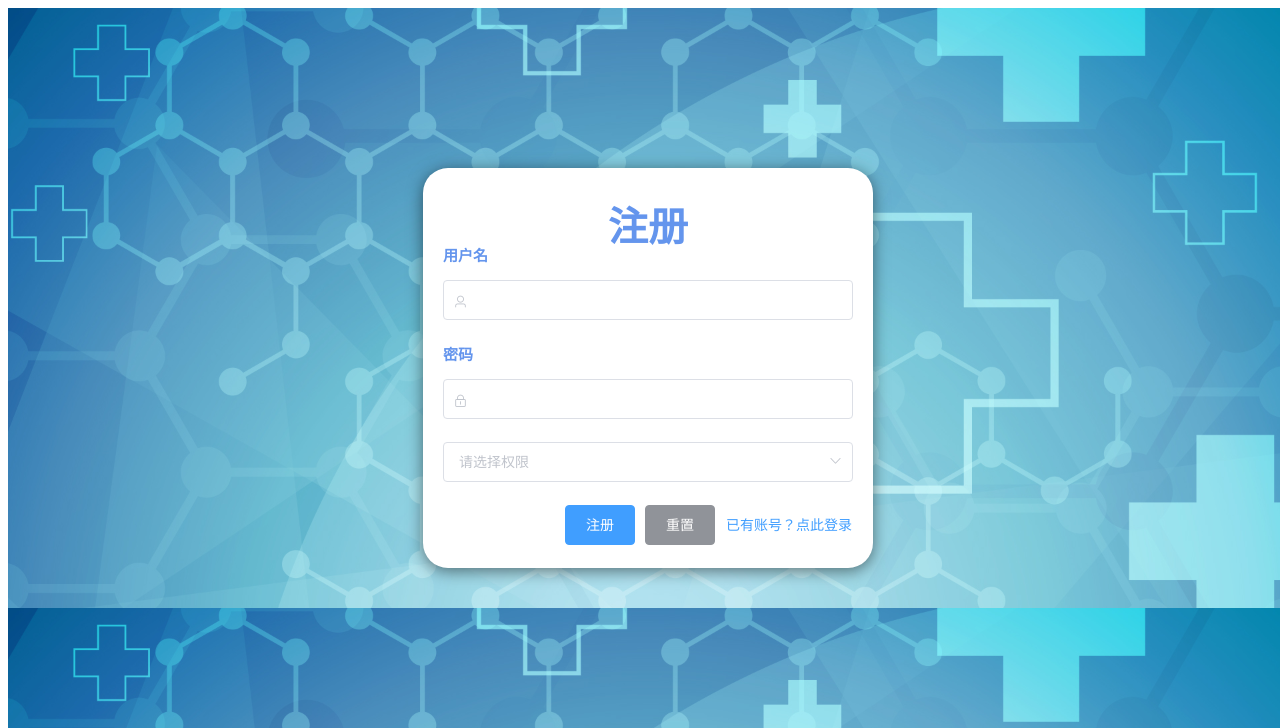
Repository: ShaoCHis/WEB-SOA-frontEnd
Page: /#/register
The author's editor kept a copy of each file at every save. The page is drawn from the files as they stood at one save, then again after the next save.
The browser window is 1280 px wide. The pictures show the whole page.
The project was rebuilt for these pictures with package versions that can differ from the ones it lists, and the page was loaded fresh each time. Also part of the build but not shown: src/components/Login.vue, src/components/test.vue, src/components/test2.vue, src/components/Admin/ManagePage.vue, src/components/Hospital/HMainPage.vue, src/components/Patient/MainPage.vue.

Above is the page before, as saved 2021-11-16 18:52:14.

### src/main.js
import Vue from 'vue'
import App from './App.vue'
import router from './router'
import axios from 'axios'//axios
import './plugins/element.js'
import './assets/icon/iconfont.css'
Vue.config.productionTip = false
Vue.prototype.$axios = axios//axios

new Vue({
  router,
  render: h => h(App),
  template: '<App/>'
}).$mount('#app')



//import ElementUI from 'element-ui' //element-ui的全部组件
//import 'element-ui/lib/theme-chalk/index.css'//element-ui的css
//Vue.use(ElementUI) //使用elementUI

/* eslint-disable no-new */
// new Vue({
//   el: '#app',
//   router,
//   components: { App },
//   template: '<App/>'
// })

### src/App.vue
<template>
  <div id="app">
      <router-view v-if="isRouterAlive" />
  </div>
</template>

<script>


export default {
  name:"app",
  provide(){
		return{
			reload:this.reload
		}
	},
data(){
		return{
			isRouterAlive:true
		}
	},
	methods: {
		reload() {
			this.isRouterAlive=false
			this.$nextTick(function(){
				this.isRouterAlive=true
			})
		}
  }
};
</script>

<style>
html,body,#app{

 height: 100%;

}
</style>

### src/router/index.js
import Vue from 'vue'
import Router from 'vue-router'
// import Login from '@/components/Login'
// import Result from '@/components/Result'
import Login from '../components/Login.vue'
import test from '../components/test.vue'
import test2 from '../components/test2.vue'
import Register from '../components/Register.vue'
import ManagePage from '../components/Admin/ManagePage.vue'
import HMainPage from '../components/Hospital/HMainPage.vue'
import MainPage from '../components/Patient/MainPage.vue'

Vue.use(Router)

export default new Router({
  routes: [
    { path: '/', component: Login},
    { path: '/login', component: Login},
    { path: '/register', component: Register},
    { path: '/managepage', component: ManagePage},
    { path: '/hmainpage', component: HMainPage},
    { path: '/mainpage', component: MainPage},
    { path: '/test', component: test},
    { path: '/test2', component: test2},
  ]
})

### src/plugins/element.js
import Vue from 'vue'
import 'element-ui/lib/theme-chalk/index.css'
import {
  Avatar,
  Pagination,
  Dialog,
  Autocomplete,
  Dropdown,
  DropdownMenu,
  DropdownItem,
  Menu,
  Submenu,
  MenuItem,
  MenuItemGroup,
  Input,
  InputNumber,
  Radio,
  RadioGroup,
  RadioButton,
  Checkbox,
  CheckboxButton,
  CheckboxGroup,
  Switch,
  Select,
  Option,
  OptionGroup,
  Button,
  ButtonGroup,
  Table,
  Divider,
  TableColumn,
  DatePicker,
  TimeSelect,
  TimePicker,
  Popover,
  Tooltip,
  Breadcrumb,
  BreadcrumbItem,
  Form,
  FormItem,
  Tabs,
  TabPane,
  Tag,
  Tree,
  Alert,
  Slider,
  Icon,
  Row,
  Col,
  Upload,
  Progress,
  Spinner,
  Badge,
  Card,
  Rate,
  Steps,
  Step,
  Carousel,
  CarouselItem,
  Collapse,
  CollapseItem,
  Cascader,
  ColorPicker,
  Transfer,
  Container,
  Header,
  Aside,
  Main,
  Footer,
  Timeline,
  TimelineItem,
  Link,
  Image,
  Calendar,
  Backtop,
  PageHeader,
  CascaderPanel,
  Loading,
  MessageBox,
  Message,
  Notification,
  Popconfirm
} from 'element-ui';
Vue.use(Avatar);
Vue.use(Pagination);
Vue.use(Dialog);
Vue.use(Autocomplete);
Vue.use(Dropdown);
Vue.use(DropdownMenu);
Vue.use(DropdownItem);
Vue.use(Menu);
Vue.use(Submenu);
Vue.use(MenuItem);
Vue.use(MenuItemGroup);
Vue.use(Input);
Vue.use(InputNumber);
Vue.use(Radio);
Vue.use(RadioGroup);
Vue.use(RadioButton);
Vue.use(Checkbox);
Vue.use(CheckboxButton);
Vue.use(CheckboxGroup);
Vue.use(Switch);
Vue.use(Select);
Vue.use(Option);
Vue.use(OptionGroup);
Vue.use(Button);
Vue.use(ButtonGroup);
Vue.use(Table);
Vue.use(Divider);
Vue.use(TableColumn);
Vue.use(DatePicker);
Vue.use(TimeSelect);
Vue.use(TimePicker);
Vue.use(Popover);
Vue.use(Popconfirm);
Vue.use(Tooltip);
Vue.use(Breadcrumb);
Vue.use(BreadcrumbItem);
Vue.use(Form);
Vue.use(FormItem);
Vue.use(Tabs);
Vue.use(TabPane);
Vue.use(Tag);
Vue.use(Tree);
Vue.use(Alert);
Vue.use(Slider);
Vue.use(Icon);
Vue.use(Row);
Vue.use(Col);
Vue.use(Upload);
Vue.use(Progress);
Vue.use(Spinner);
Vue.use(Badge);
Vue.use(Card);
Vue.use(Rate);
Vue.use(Steps);
Vue.use(Step);
Vue.use(Carousel);
Vue.use(CarouselItem);
Vue.use(Collapse);
Vue.use(CollapseItem);
Vue.use(Cascader);
Vue.use(ColorPicker);
Vue.use(Transfer);
Vue.use(Container);
Vue.use(Header);
Vue.use(Aside);
Vue.use(Main);
Vue.use(Footer);
Vue.use(Timeline);
Vue.use(TimelineItem);
Vue.use(Link);
Vue.use(Divider);
Vue.use(Image);
Vue.use(Calendar);
Vue.use(Backtop);
Vue.use(PageHeader);
Vue.use(CascaderPanel);

Vue.use(Loading.directive);

Vue.prototype.$loading = Loading.service;
Vue.prototype.$msgbox = MessageBox;
Vue.prototype.$alert = MessageBox.alert;
Vue.prototype.$confirm = MessageBox.confirm;
Vue.prototype.$prompt = MessageBox.prompt;
Vue.prototype.$notify = Notification;
Vue.prototype.$message = Message;

### src/assets/icon/iconfont.css
@font-face {
  font-family: "iconfont"; /* Project id 2933034 */
  src: url('iconfont.woff2?t=1636685974259') format('woff2'),
       url('iconfont.woff?t=1636685974259') format('woff'),
       url('iconfont.ttf?t=1636685974259') format('truetype');
}

.iconfont {
  font-family: "iconfont" !important;
  font-size: 16px;
  font-style: normal;
  -webkit-font-smoothing: antialiased;
  -moz-osx-font-smoothing: grayscale;
}

.icon-xiaozu:before {
  content: "\e69a";
  font-size: 18px;
  margin-right: 3px;
  margin-top:2px;
}

### src/components/Register.vue
<template>
<div>
    <div class="register_container" >
        <div class="register_box">
            <div class="tip">
             <h1>注册</h1>
            </div>
            <!-- 头像区域 -->
            <!-- <div class="avatar_box">
               <img src="../assets/back.jpg" alt="">
            </div> -->
            <!-- 登录表单 -->
            <el-form ref="registerFormRef" :model="registerForm" :rules="registerFormRules" label-width="0px" class="register_form">
                <!-- 用户名 -->
                <div class="item-name">
                        <p>用户名</p>
                    </div>
                <el-form-item prop="userid">
                     <el-input v-model="registerForm.userid" prefix-icon="el-icon-user"></el-input>
                </el-form-item>
                <!-- 密码 -->
                <div class="item-name">
                        <p>密码</p>
                    </div>
                <el-form-item prop="password">
                     <el-input v-model="registerForm.password" prefix-icon="el-icon-lock"
                     type="password"></el-input>
                </el-form-item>
                <!-- 身份 -->
                <el-form-item prop="role"  >
                   <el-select v-model="registerForm.role" @change="searchSelect(registerForm.role)" placeholder="请选择权限"  style="width:100%" prefix>
                      <el-option v-for="item in options"
                       :key="item.role"
                       :label="item.label"
                       :value="item.role">
                       </el-option>
                  </el-select>
                </el-form-item>

                <!-- 按钮区域 -->
                <el-form-item class="btns">
                     <el-button type="primary" @click="register">注册</el-button>
                     <el-button type="info" @click="resetregisterForm">重置</el-button>
                     <el-button type="text" @click="login">已有账号？点此登录</el-button>
                </el-form-item>
            </el-form>

        </div>
    </div>
</div>
</template>

<script>
export default {

    data(){
        return{

           registerForm:{
                userid:'',
                password:'',
                role:'',
            },
            options: [
                {label:"学生",role:'Student'},
                     { label:"教师" ,role:"Teacher"},
                     {label:"管理员", role:"Admin"}],


            registerFormRules:{
                userid:[{required: true, message: '请输入登录账号', trigger: "blur" },
                { min: 4, max: 10, message: '长度在 5 到 10 个字符', trigger: "blur"}
                ],
                password:[{required: true, message: '请输入登录密码', trigger: "blur" },
                { min: 3, max: 15, message: '长度在 5 到 15 个字符', trigger: "blur"}]
            },
            searchSelect(val){
                console.log(val)
                this.value = val
                console.log(this.registerForm)
            },

        };

  },
  methods:{
      //重置按钮
      resetRegisterForm(){
         // console.log(this)
          this.$refs.registerFormRef.resetFields();
      },
      register(){
        //  if(this.value=="Student") this.$router.push('/mainpage');
        //  if(this.value=="Teacher") this.$router.push('/tmainpage');
        //  if(this.value=="Admin") this.$router.push('/managepage');
      },
      login(){
          this.$router.push('/login');
      },
  }

};

</script>

<style lang="less" scoped>
.tip{
          color: cornflowerblue;
          font-size: 20px;
          font-weight: bold;
          text-align: center;
          margin-bottom: 30px;
}

.register_container{
    background-color: #5c2c948c;
    background-image:url('../assets/back.jpeg');
    background-size: 100%,100%;
    height: 100%;
    width: 100%;
    position: fixed;
}

.register_box{
    width:450px;
    // height:340px;
    height:400px;
    background-color: #fff;
    border-radius: 25px;
    position:absolute;
    left:50%;
    top:50%;
    transform: translate(-50%,-50%);
    box-shadow: 0 3px 16px rgba(0, 0, 0, 0.5);
    .avatar_box{
        height:110px;
        width:110px;
        border:1px solid #eee;
        border-radius:50%;
        padding:5px;
        box-shadow:0 0 2px #ddd;
        position: absolute;
        left: 50%;
        transform: translate(-50%,-50%);
        background-color: #fff;
        img{
            width:100%;
            height:100%;
            border-radius: 50%;
            background-color: #eee;
        }
    }
}
.register_form{
    position:absolute;
    bottom:0;
    width: 100%;
    padding:0 20px;
    box-sizing: border-box;

}

.item-name{
    color: cornflowerblue;
    font-size: 15px;
    font-weight: bold;
    //text-align: center;
    // padding:10 ;
    top: auto;
    //margin-bottom: 30px;
}

.btns{
   display:flex;
   justify-content: flex-end;
}


</style>

Loaded but not shown: public/index.html (common file)

After the next save:
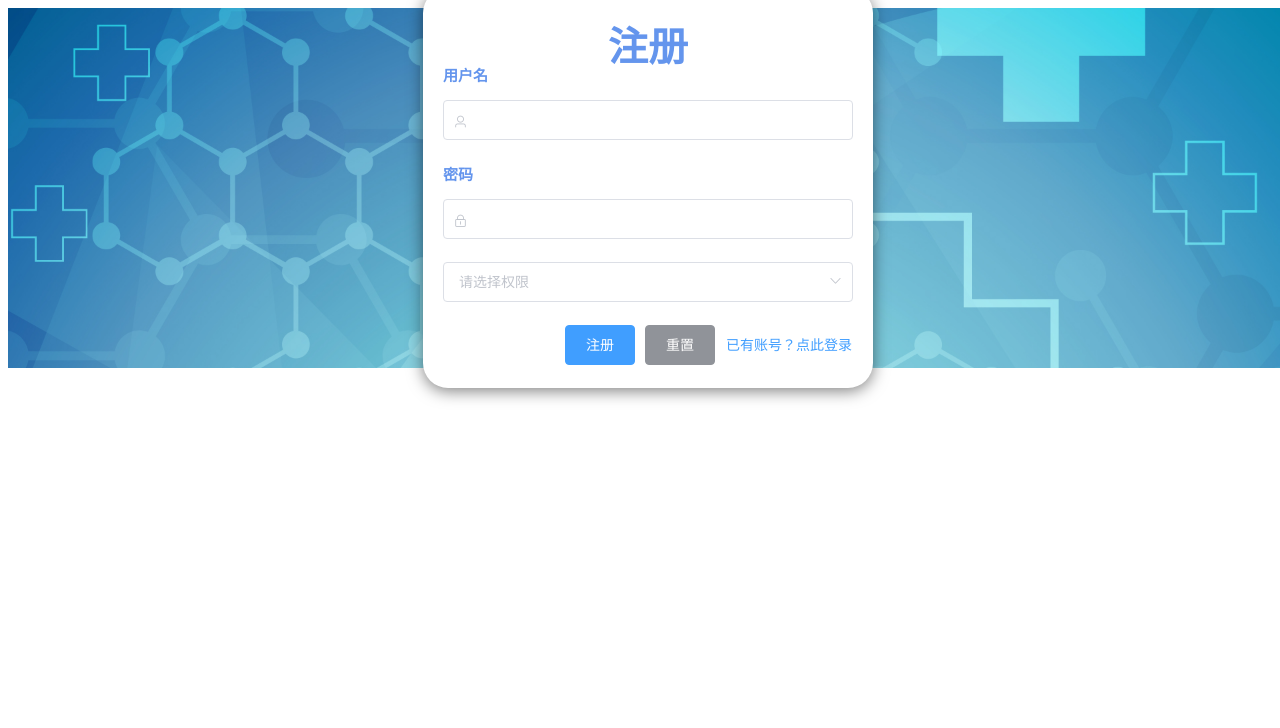
Saved 26 s later.
--- a/src/components/Register.vue
+++ b/src/components/Register.vue
@@ -116,7 +116,7 @@
     background-color: #5c2c948c;
     background-image:url('../assets/back.jpeg');
     background-size: 100%,100%;
-    height: 100%;
+    height: 50%;
     width: 100%;
     position: fixed;
 }

After the save that followed:
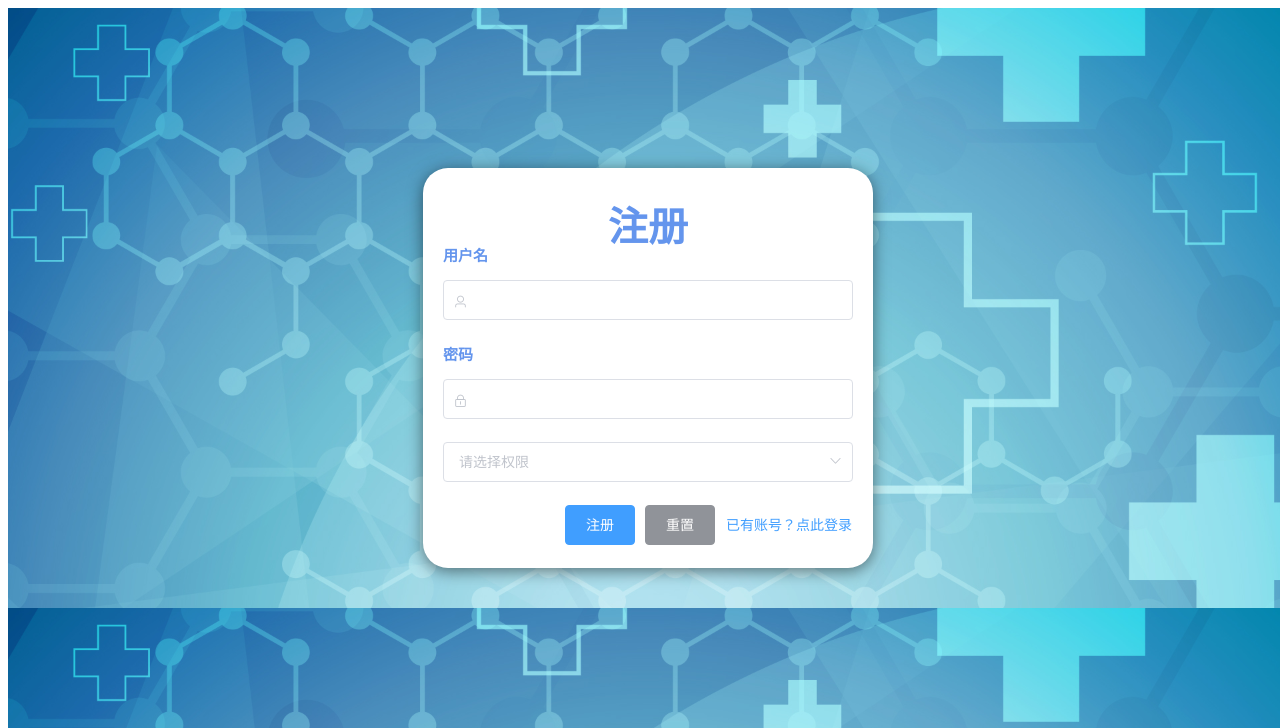
Saved 4 s later.
--- a/src/components/Register.vue
+++ b/src/components/Register.vue
@@ -116,7 +116,7 @@
     background-color: #5c2c948c;
     background-image:url('../assets/back.jpeg');
     background-size: 100%,100%;
-    height: 50%;
+    height: 100%;
     width: 100%;
     position: fixed;
 }
